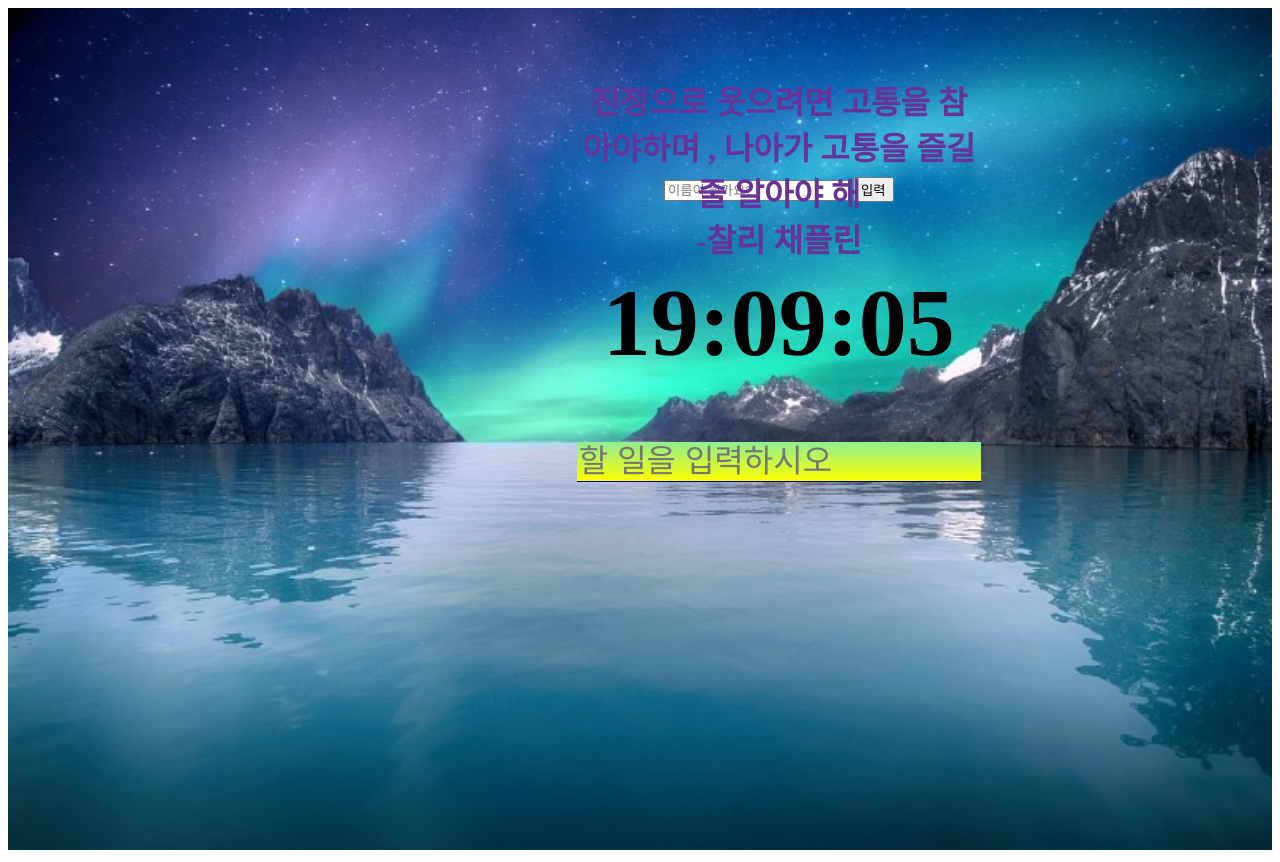
Repository: jun01270/F-E-practice
Page: index.html
The author's editor kept a copy of each file at every save. The page is drawn from the files as they stood at one save, then again after the next save.
The browser window is 1280 px wide. The pictures show the whole page.

Above is the page before, as saved 2023-01-10 19:26:18.

### index.html
<!DOCTYPE html>
<html lang="en">
  <head>
    <meta charset="UTF-8" />
    <meta http-equiv="X-UA-Compatible" content="IE=edge" />
    <meta name="viewport" content="width=device-width, initial-scale=1.0" />
    <link rel="stylesheet" href="/css/style.css" />
    <title>Document</title>
  </head>
  <body>
    <div id="all">
      <form id="userName-form" class="hidden">
        <input required type="text" placeholder="이름이 뭔가요?" />
        <input type="submit" value="입력" />
      </form>
      <h1 id="result"></h1>
      <h1 id="clock">00:00:00</h1>
      <form id="todo-form">
        <input id="input-blank" type="text" placeholder="할 일을 입력하시오" />
      </form>
      <ul id="todo-list"></ul>
      <div id="quote">
        <span></span>
        <div></div>
      </div>
    </div>
    <script src="/js/greeting.js"></script>
    <script src="/js/clock.js"></script>
    <script src="/js/quotes.js"></script>
    <script src="/js/background.js"></script>
    <script src="js/todo.js"></script>
    <script src="/js/weather.js"></script>
  </body>
</html>

### css/style.css
.hidden {
  display: none;
}

#background {
  width: 100%;
  height: 100%;
  padding: 0;
}

body {
  position: relative;
}

#all {
  position: absolute;
  top: 20%;
  left: 45%;
  text-align: center;
  height: 80%;
}

#clock {
  font-size: 600%;
}

#input-blank {
  width: 400px;
  border-top: none;
  border-left: none;
  border-right: none;
  border-bottom: 1px solid black;
}

#todo-list {
  color: yellow;
}

#quote {
  position: absolute;
  top: -100px;
  color: rebeccapurple;
  font-size: xx-large;
  font-weight: bold;
}

#input-blank {
  background: linear-gradient(to top, yellow, lightGreen);
  font-size: xx-large;
}

#todo-list {
  list-style: none;
}

### js/greeting.js
const userNameBtn = document.querySelector("#userName-form submit");
const userName = document.querySelector("#userName-form input");
const loginForm = document.querySelector("#userName-form");
const firstH1 = document.getElementById("result");
const SavedUserName = localStorage.getItem("username");
const HIDDEN_CLASSNAME = "hidden";

function loginResult(e) {
  e.preventDefault();
  loginForm.classList.add(HIDDEN_CLASSNAME);
  const userName1 = userName.value;
  localStorage.setItem("username", userName1);
  paintUserName();
}

function paintUserName() {
  const userName1 = localStorage.getItem("username");
  firstH1.innerText = `Hello ${userName1}`;
  firstH1.classList.remove(HIDDEN_CLASSNAME);
}

if (SavedUserName === null) {
  loginForm.classList.remove(HIDDEN_CLASSNAME);
  loginForm.addEventListener("submit", loginResult);
} else {
  paintUserName();
}

function deleteUserName() {
  localStorage.removeItem("username");
  location.reload();
}

### js/clock.js
const all = document.querySelector("div#all");
const clock = all.querySelector("h1#clock");

function getClock() {
  const date = new Date();
  let Hours = String(date.getHours()).padStart(2, "0");
  let Minutes = String(date.getMinutes()).padStart(2, "0");
  let Seconds = String(date.getSeconds()).padStart(2, "0");
  // console.log(`${date.getHours()}:${date.getMinutes()}:${date.getSeconds()}`);
  clock.innerText = `${Hours}:${Minutes}:${Seconds}`;
}

getClock();
setInterval(getClock, 1000);

### js/quotes.js
const quotes = [
  {
    quote: "삶이 있는 한 희망은 있다",
    author: "-키케로",
  },
  {
    quote: "산다는것 그것은 치열한 전투이다.",
    author: "-로망로랑",
  },
  {
    quote: "하루에 3시간을 걸으면 7년 후에 지구를 한바퀴 돌 수 있다. ",
    author: "-사무엘존슨",
  },
  {
    quote: "언제나 현재에 집중할수 있다면 행복할것이다. ",
    author: "-파울로 코엘료",
  },
  {
    quote:
      "진정으로 웃으려면 고통을 참아야하며 , 나아가 고통을 즐길 줄 알아야 해 ",
    author: "-찰리 채플린",
  },
  {
    quote: "직업에서 행복을 찾아라. 아니면 행복이 무엇인지 절대 모를 것이다 ",
    author: "-엘버트 허버드",
  },
  {
    quote: "신은 용기있는자를 결코 버리지 않는다 ",
    author: "-켄러",
  },
  {
    quote: "피할수 없으면 즐겨라 ",
    author: "–로버트 엘리엇",
  },
];
const quoteCount = quotes.length;
const quote = document.querySelector("#quote span");
const author = document.querySelector("#quote div");

function showQuote() {
  const todaysQuote = quotes[Math.floor(Math.random() * quoteCount)];
  quote.innerText = todaysQuote.quote;
  author.innerText = todaysQuote.author;
}

showQuote();
setInterval(showQuote, 5000);

### js/background.js
const images = ["moon.jpg", "river.jpg", "orora.jpg"];
const chosenImage = images[Math.floor(Math.random() * images.length)];
const bgImage = document.createElement("img");
const content = document.getElementById("wrapper");
bgImage.id = "background";

bgImage.src = `img/${chosenImage}`;

document.body.appendChild(bgImage);
// bgImage.appendChild(content);

console.log(content);

### js/todo.js
const toDoForm = document.getElementById("todo-form");
const toDoInput = document.querySelector("#todo-form input");
const toDoLists = document.getElementById("todo-list");
const toDoId = document.querySelector("ul#todo-list li");
const TODOS_KEY = "todos";
let toDos = [];

function saveToDoLists() {
  localStorage.setItem(TODOS_KEY, JSON.stringify(toDos));
}

function deleteToDo(e) {
  const toDoList = e.target.parentNode;
  toDoList.remove();
  toDos = toDos.filter((toDo) => toDo.id !== parseInt(toDoList.id));
  saveToDoLists();
}

function paintToDo(newToDoObj) {
  const listOfToDo = document.createElement("li");
  listOfToDo.id = newToDoObj.id;
  const span = document.createElement("span");
  span.innerText = newToDoObj.text;
  const deleteButton = document.createElement("button");
  deleteButton.innerText = "❌";
  deleteButton.addEventListener("click", deleteToDo);
  listOfToDo.appendChild(span);
  listOfToDo.appendChild(deleteButton);
  toDoLists.appendChild(listOfToDo);
}

function handleToDoSubmit(e) {
  e.preventDefault();
  const newToDo = toDoInput.value;
  toDoInput.value = "";
  const newToDoObj = {
    text: newToDo,
    id: toDos.length + 1,
  };
  toDos.push(newToDoObj);
  paintToDo(newToDoObj);
  saveToDoLists();
}

toDoForm.addEventListener("submit", handleToDoSubmit);

const getToDo = localStorage.getItem(TODOS_KEY);
if (getToDo !== null) {
  const parseToDo = JSON.parse(getToDo);
  toDos = parseToDo;
  parseToDo.forEach(paintToDo);
}

### js/weather.js
const API_KEY = "fbf7375beaa21a73574692bdaef4a2e7";

function onGeoSuc(position) {
  const lat = position.coords.latitude;
  const lon = position.coords.longitude;
  console.log("Your position is", lat, lon);
  const url = `https://api.openweathermap.org/geo/1.0/reverse?lat=${lat}&lon=${lon}&limit={limit}&appid=${API_KEY}`;
  console.log(url);
}

function onGeoErr() {
  alert("위치를 찾을 수 없습니다.");
}
navigator.geolocation.getCurrentPosition(onGeoSuc, onGeoErr);

After the next save:
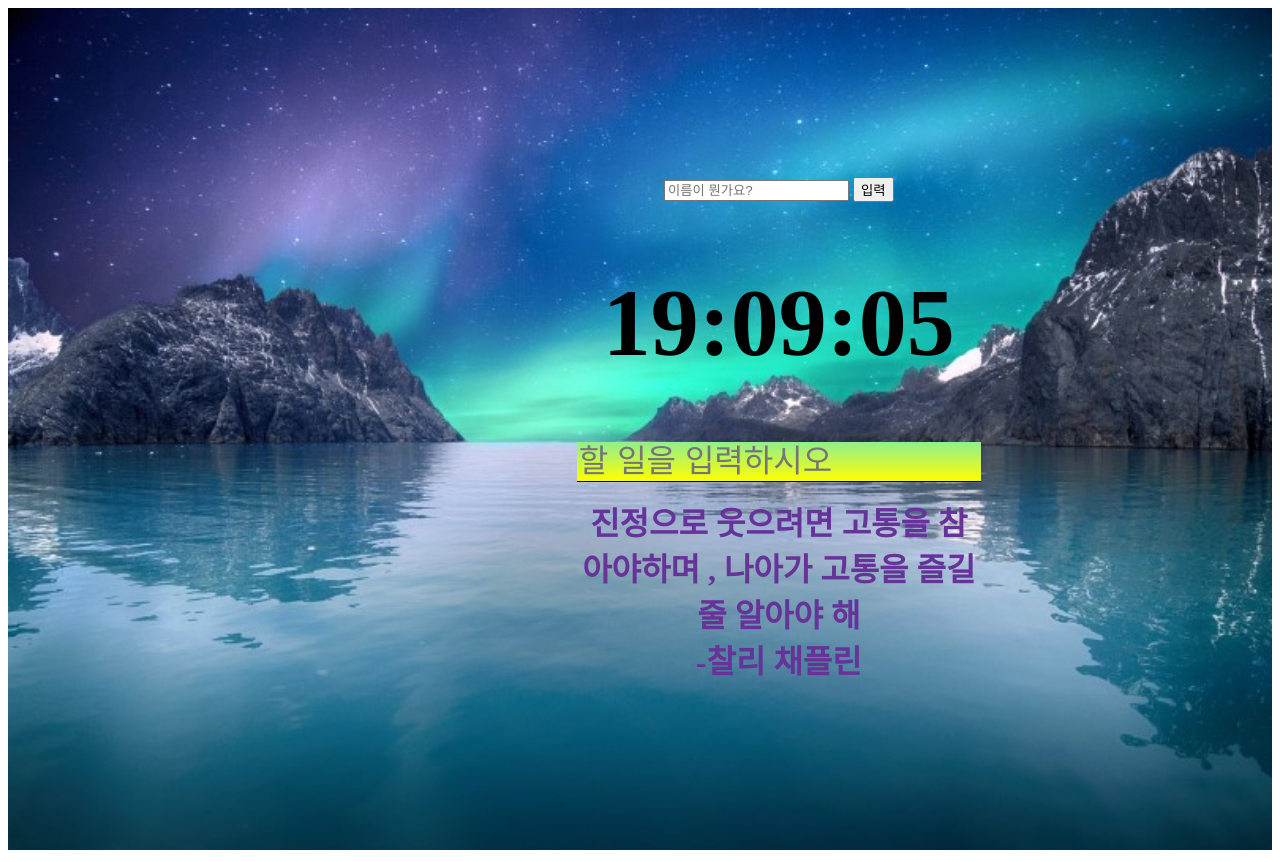
Saved 6 s later.
--- a/css/style.css
+++ b/css/style.css
@@ -38,7 +38,7 @@
 
 #quote {
   position: absolute;
-  top: -100px;
+  top: auto;
   color: rebeccapurple;
   font-size: xx-large;
   font-weight: bold;

After the save that followed:
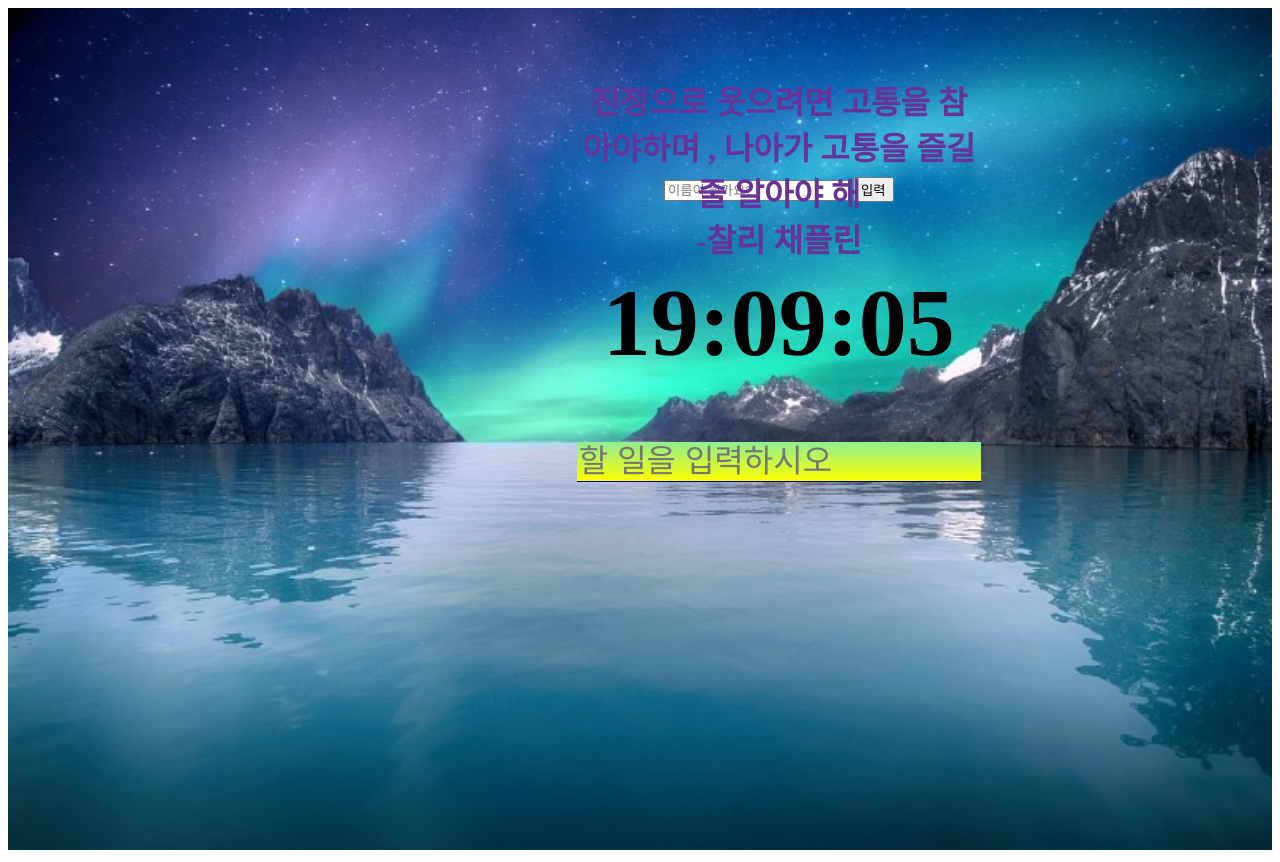
Saved 20 s later.
--- a/css/style.css
+++ b/css/style.css
@@ -38,7 +38,7 @@
 
 #quote {
   position: absolute;
-  top: auto;
+  top: -100px;
   color: rebeccapurple;
   font-size: xx-large;
   font-weight: bold;
